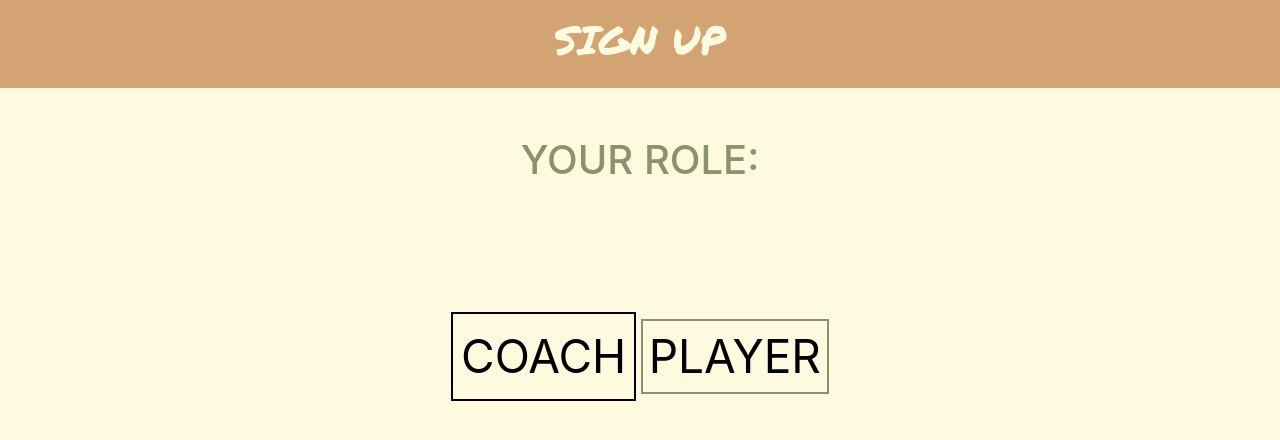
Repository: Aryaholmukhe/treasureHacks
Page: http://localhost/signup
An editor plug-in stored every save of this project. The page is shown before and after a run of saves, followed by the edit.
The browser window is 1280 px wide. The pictures show the whole page.
The page is served by the project's Node server (server.js).

Above is the page before, as saved 2022-03-27 00:32:20.

### views/signup/signup.ejs
<html lang="en">
<head>
    <meta charset="UTF-8">
    <meta http-equiv="X-UA-Compatible" content="IE=edge">
    <meta name="viewport" content="width=device-width, initial-scale=1.0">
    <link rel="stylesheet" href="https://cdn.jsdelivr.net/npm/bootstrap@4.6.1/dist/css/bootstrap.min.css">
    <script src="https://cdn.jsdelivr.net/npm/jquery@3.6.0/dist/jquery.slim.min.js"></script>
    <script src="https://cdn.jsdelivr.net/npm/popper.js@1.16.1/dist/umd/popper.min.js"></script>
    <script src="https://cdn.jsdelivr.net/npm/bootstrap@4.6.1/dist/js/bootstrap.bundle.min.js"></script>
    <link rel="preconnect" href="https://fonts.googleapis.com">
    <link rel="preconnect" href="https://fonts.gstatic.com" crossorigin>
    <link href="https://fonts.googleapis.com/css2?family=Permanent+Marker&display=swap" rel="stylesheet">
    <title>SIGN UP</title>
</head>
<body style="background-color: #FEFAE0">
    <div class="pt-3 pb-3" style="background-color: #D4A373; font-family: 'Permanent Marker', cursive; color: #FEFAE0">
        <h1 class="text-center">SIGN UP</h1>
    </div>

    <h1 class="text-center mt-5" style="color: #8A926F">YOUR ROLE:</h1>

    <div class="text-center" style="margin-top: 10%">
    <a href="./coach" ><button class="pl-2 pr-2 pt-2 pb-2" style="font-size: 46px; border: 2px solid ; background-color: transparent;" name="coach">COACH</button></a>
    <a  href="./player"><button style="font-size: 46px; border: 2px solid #8A926F; background-color: transparent" name="player">PLAYER</button></a>
    </div>

</body>
</html>

### server.js
//jshint esversion:6

const express = require("express");
const bodyParser = require("body-parser");
const mongoose = require("mongoose");
const _ = require("lodash");
const { join } = require("path");
require("dotenv").config();
const app = express();

// TWILIO STUFF

const accountSID = process.env.ACCOUNT_SID;
const authToken = process.env.AUTH_TOKEN;

const client = require('twilio')(accountSID, authToken);


app.set('view engine', 'ejs');

app.use(bodyParser.urlencoded({ extended: true }));
app.use(express.static("public"));

app.get("/auth_config.json", (req, res) => {
    res.sendFile(join(__dirname, "/auth_config.json"));
})

// for each team member
mongoose.connect("mongodb://localhost:27017/teamMembersDB", { useNewUrlParser: true });

const membersSchema = new mongoose.Schema({
    name: String,
    role: String,
    age: Number,
    email: String,
    phone: String,
    progress: []
});

let members = [];
let progressArr = []

const Member = mongoose.model("Member", membersSchema);

// to identify teams
const teamSchema = new mongoose.Schema({
    coachName: String,
    team: [{ name: String }, { sport: String }]
})

const progressSchema = new mongoose.Schema({
    progress: []
})
const Team = mongoose.model("Team", teamSchema);
const Progress = mongoose.model("Progress", progressSchema)
// When no members are present
const noMember = new Member({
    name: "No members yet"
})
const noProgress = new Progress({
    progress: ["No progress yet, add some"]
})


// get requests

app.get("/signup", (req, res) => {
    res.render("signup/signup")
})
let person = "";
app.get("/coach", (req, res) => {
    person = "Coach"
    res.render("signup/coach");
})

app.get("/player", (req, res) => {
    person = "Team Member"
    res.render("signup/player")
})

app.get("/", (req, res) => {
    Member.find({}, function (err, foundMembers) {

        if (foundMembers.length === 0) {
            members.push(noMember)
            Member.insertMany(members, function (err) {
                if (err) {
                    console.log(err);
                } else {
                    console.log("Successfully saved members to DB.");
                }
            });
            // res.redirect("/");
        } else {
            Member.deleteOne({ "name": "No members yet" }, (err, person) => {
                if (err) return handleError(err);
            })
            res.render('index', { allMembers: foundMembers, person: person })
        }
    });
})

app.get("/:personName", function (req, res) {
    const personName = _.capitalize(req.params.personName);

    Member.findById(personName, (err, per) => {
        if (!err) {
              console.log(per)
            res.render('account', { personInfo: per});
        } else {
            console.log(err)
        }
    })
});


// post requests


app.post("/", (req, res) => {

    const playerName = req.body.newPlayer;
    const role = req.body.newRole;
    const age = req.body.age;
    const phoneNumber = req.body.phoneNumber;
    const player = new Member({
        name: playerName,
        role: role,
        age: age,
        phone: phoneNumber
    })
    player.save();
    res.redirect("/")
})

app.post("/delete", function (req, res) {
    const checkedItemId = req.body.checkbox;

    Member.findByIdAndRemove(checkedItemId, function (err) {
        if (!err) {
            console.log("Successfully deleted checked item.");
            res.redirect("/");
        } else {
            console.log(err)
        }
    });


});

app.post("/coach", (req, res) => {
    const coachName = req.body.coachName;
    const teamName = req.body.teamName;
    const sportType = req.body.sportType;
    teams = new Team({
        coachName: coachName,
        team: [{ name: teamName, sport: sportType }]
    })
    res.redirect("/")
})

app.post("/player", (req, res)=>{
    const playerName = req.body.newPlayer;
    const role = req.body.newRole;
    const age = req.body.age;
    const phoneNumber = req.body.phoneNumber;
    const player = new Member({
        name: playerName,
        role: role,
        age: age,
        phone: phoneNumber
    })
    player.save();
    res.redirect("/")
})

app.post("/announcements", (req, res) => {
    const message = req.body.message;
    members.forEach(member => {
        if (member.phone) {
            client.message.create({
                to: member.phone,
                from: process.env.TWILIO_PHONE_NUMBER, //is this going to be dynamic?
                body: message
            }).then((message) => {
                console.log(message.sid)
            });
            res.redirect("/")
        } else {
            res.redirect("/")
        }
    })

})


app.listen(3000, function () {
    console.log("Server started on port 3000");
});

After the next 2 saves:
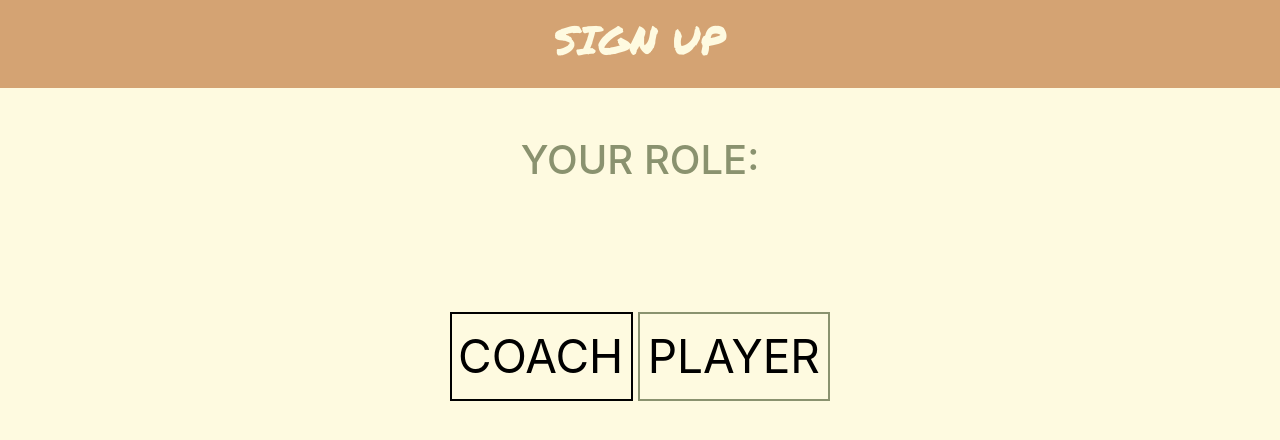
The 2 saves are shown as one change because they came seconds apart.
The last was saved 18 s later.
--- a/views/signup/signup.ejs
+++ b/views/signup/signup.ejs
@@ -20,8 +20,8 @@
     <h1 class="text-center mt-5" style="color: #8A926F">YOUR ROLE:</h1>
 
     <div class="text-center" style="margin-top: 10%">
-    <a href="./coach" ><button class="pl-2 pr-2 pt-2 pb-2" style="font-size: 46px; border: 2px solid ; background-color: transparent;" name="coach">COACH</button></a>
-    <a  href="./player"><button style="font-size: 46px; border: 2px solid #8A926F; background-color: transparent" name="player">PLAYER</button></a>
+    <a href="./coach" ><button class="pl- pr-2 pt-2 pb-2" style="font-size: 46px; border: 2px solid ; background-color: transparent;" name="coach">COACH</button></a>
+    <a  href="./player"><button class="pl-2 pr-2 pt-2 pb-2" style="font-size: 46px; border: 2px solid #8A926F; background-color: transparent" name="player">PLAYER</button></a>
     </div>
 
 </body>
